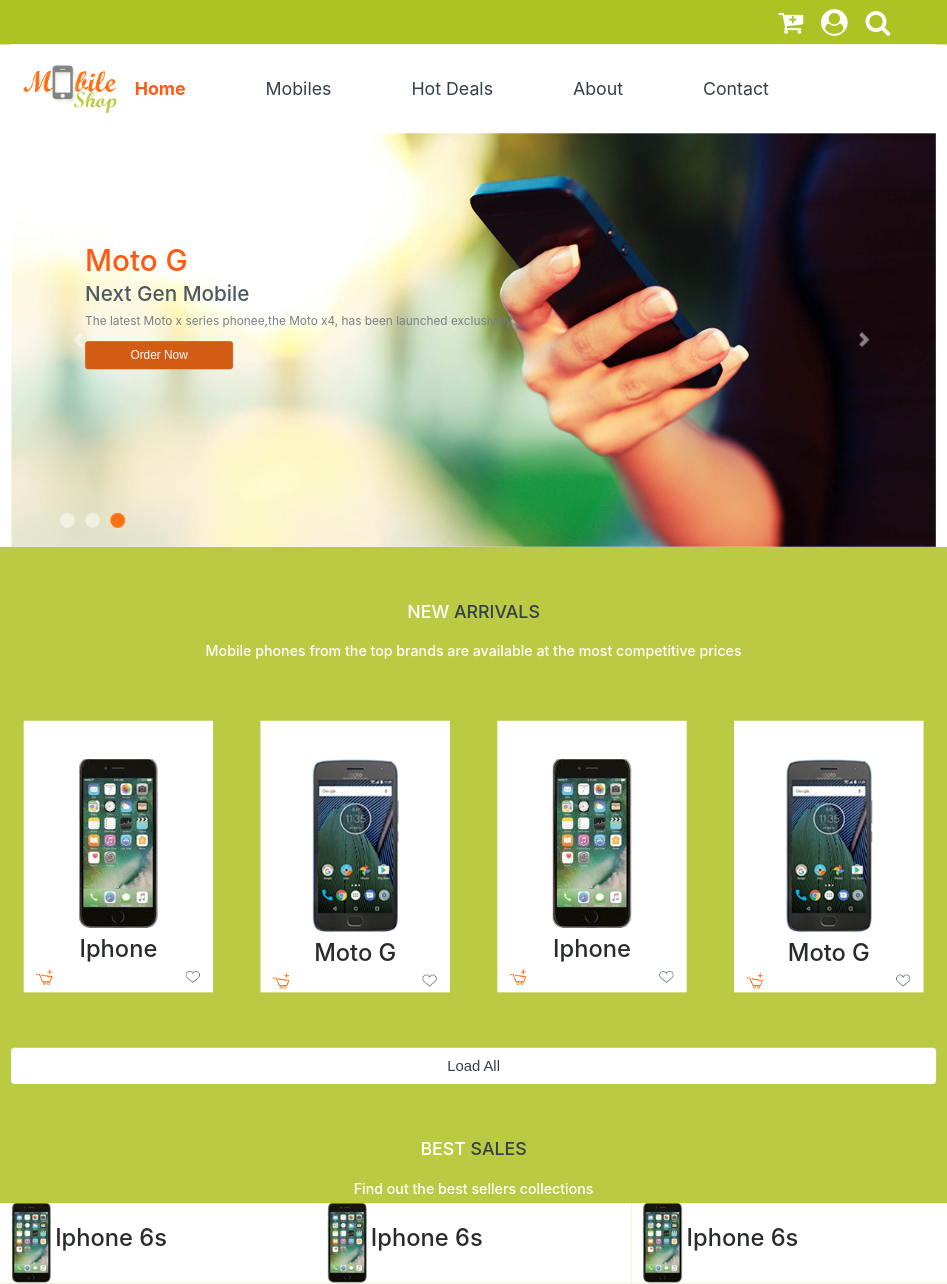
Repository: rajmohanr/mobile
Page: index.html
The author's editor kept a copy of each file at every save. The page is drawn from the files as they stood at one save, then again after the next save.
The browser window is 1280 px wide. The pictures show the whole page, at 74% of full size.

Above is the page before, as saved 2018-04-01 12:45:59.
Console error (its wording comes from the project's code and is left out).

After the next save:
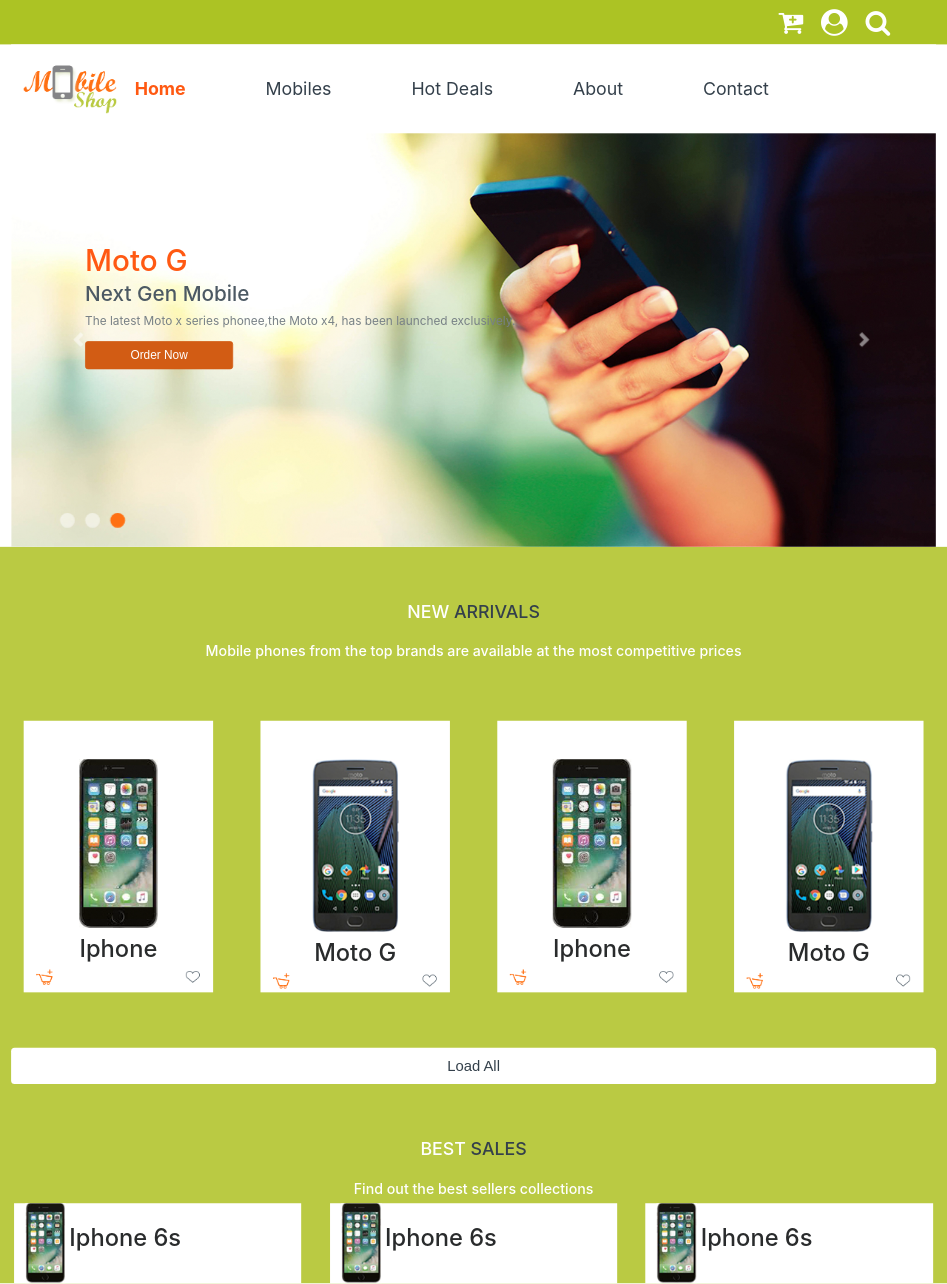
Saved 42 s later.
--- a/css/style.css
+++ b/css/style.css
@@ -168,3 +168,12 @@
 #best-arrival .inner-section h2{
     display: inline-block;
 }
+
+@media (min-width: 768px){
+    .inner-section {
+
+        max-width: 30.333333%;
+
+
+    }
+}
